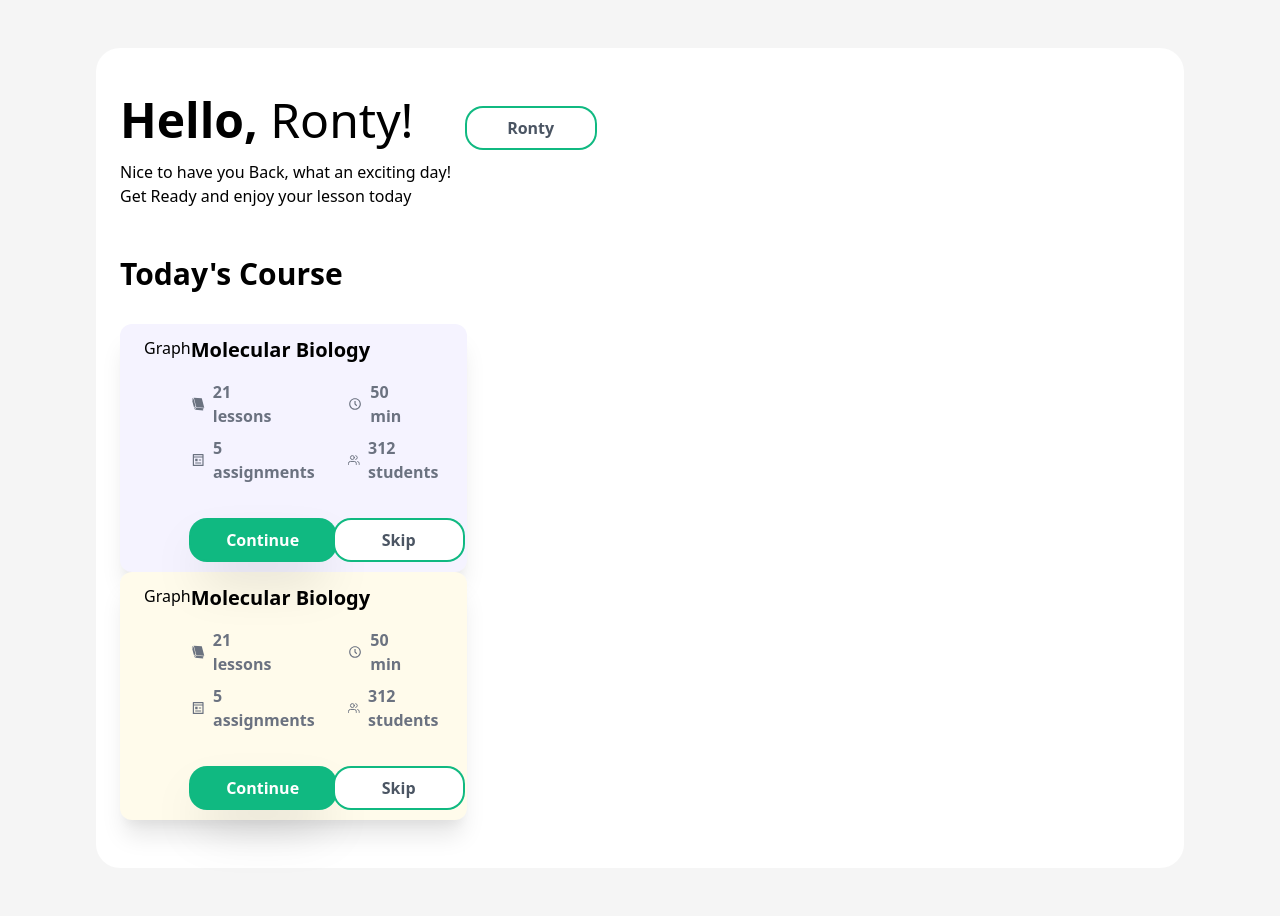
Repository: coolronts/Vite-Tailwind
Page: /
These files come from the project's save history. The page is drawn as it stood at one moment and after the next save; the edit follows.
The browser window is 1280 px wide. The pictures show the whole page.
The project was rebuilt for these pictures with package versions that can differ from the ones it lists, and the page was loaded fresh each time. Also part of the build but not shown: vite.config.js, src/components/Chart/index.jsx.

Above is the page before, as saved 2021-11-26 13:39:39.

### src/App.jsx
import './App.css'

import {Course, Intro} from './Section'
import { PrimaryButton, SecondaryButton } from './components/Button'

import Chart from './components/Chart'
import {PrimaryCard} from './components/Card'
import SplitScreen from './components/SplitScreen'

function App() {

  return (
    <div className="App bg-white my-12 mx-24 rounded-3xl px-6 py-12">
      <SplitScreen leftWeight = 'w-1/3'>
        <div id="left">
          <Intro/>
          <div id="course">
            <p className="text-3xl font-bold  font-sans mb-8">Today's Course</p>
            <PrimaryCard>
              <Course/>
            </PrimaryCard>
            <PrimaryCard color="yellow">
              <Course/>
            </PrimaryCard>
          </div>
        </div>

        <div id="right">
          <SecondaryButton name="Ronty"/>
        </div>


      </SplitScreen>
    </div>
  )
}

export default App

### src/Section/index.js
import Course from "./Course";
import Intro from "./Intro";

export { Intro, Course };

### src/components/Button/index.jsx
import React from 'react'

export const PrimaryButton = ({name}) =>{
  return (
    <button className="bg-green-500 w-36 py-2 ring-2 ring-green-500 text-white text-md font-semibold shadow-2xl rounded-2xl mt-3">
      {name}
    </button>
  )
}

export const SecondaryButton = ({name}) =>{
  return (
    <button className="bg-white w-32 py-2 ring-2 ring-green-500 text-gray-600 text-md font-semibold  rounded-2xl mt-3">
      {name}
    </button>
  )
}

### src/components/Card/index.jsx
import React from 'react'

export const PrimaryCard =({children, color="purple"}) => {
  return (
    <div className={`bg-${color}-50 py-3 px-6 rounded-xl shadow-xl`}>
      {children}
    </div>
  )
}

### src/components/SplitScreen/index.jsx
import PropTypes from 'prop-types'
import React from "react"
import tw from "tailwind-styled-components"

const Container = tw.div`${(props) => props.weight}`;

const Pane = tw.div`${(props) => props.weight}`;

const SplitScreen = ({
	children,
	containerWeight = 'flex w-full',
  leftWeight = 'w-1/2',
	rightWeight = 'w-1/2',
}) => {
	const [left, right] = children;
	return (
		<Container className={containerWeight}>
			<Pane className={leftWeight}>
				{left}
			</Pane>
			<Pane className={rightWeight}>
				{right}
			</Pane>
		</Container>
	);
}

export default SplitScreen

SplitScreen.propTypes = {
	children: PropTypes.arrayOf(PropTypes.node).isRequired,
	containerWeight: PropTypes.string,
	leftWeight: PropTypes.string,
	rightWeight: PropTypes.string,
}

### src/Section/Course/index.jsx
import {PrimaryButton, SecondaryButton} from '../../components/Button'

import {BiTimeFive} from 'react-icons/bi'
import {FiUsers} from 'react-icons/fi'
import { GiWhiteBook } from 'react-icons/gi'
import React from 'react'
import { RiPagesLine } from 'react-icons/ri'
import SplitScreen from '../../components/SplitScreen'

export default function Course({
  course = "Molecular Biology",
  lessons = "21",
  assignments = "5",
  time = "50",
  students = "312"
}) {
  return (
    <SplitScreen leftWeight = 'w-1/5' rightWeight = 'w-full'>
      <div id="left">
        Graph
      </div>
      <div id="right">
        <h4 className="font-bold text-xl mb-4">{course}</h4>
        <div className="flex flex-col w-5/6">
          <div className="flex  text-gray-500 font-semibold mb-2">
            <p className="flex items-center mr-16"> <GiWhiteBook className="mr-2"/>  {lessons} lessons</p>
            <p className="flex items-center"> <BiTimeFive className="mr-2"/>  {time} min</p>
          </div>
          <div className="flex  text-gray-500 font-semibold text-left">
            <p className="flex items-center mr-8"> <RiPagesLine className="mr-2"/>  {assignments} assignments</p>
            <p className="flex items-center"> <FiUsers className="mr-2"/>  {students} students</p>
          </div>
        </div>
        <div className="flex justify-around mt-6">
          <PrimaryButton name="Continue" />
          <SecondaryButton name="Skip" />
        </div>
      </div>
    </SplitScreen>
  )
}

### src/Section/Intro/index.jsx
import React from 'react'

export default function Intro({name}) {
  return (
    <div className="mb-12">
      <h3 className="text-5xl font-sans font-bold mb-4">Hello, <span className="font-light">Ronty!</span> </h3>
      <div className="font-semibold tracking-wide text-gray-500">

      </div>
      <h5>Nice to have you Back, what an exciting day!</h5>
      <h5>Get Ready and enjoy your lesson today</h5>
    </div>
  )
}

Loaded but not shown: index.html (common file); src/main.jsx (common file); src/index.css (common file); src/App.css (common file); tailwind.config.js (common file)

After the next save:
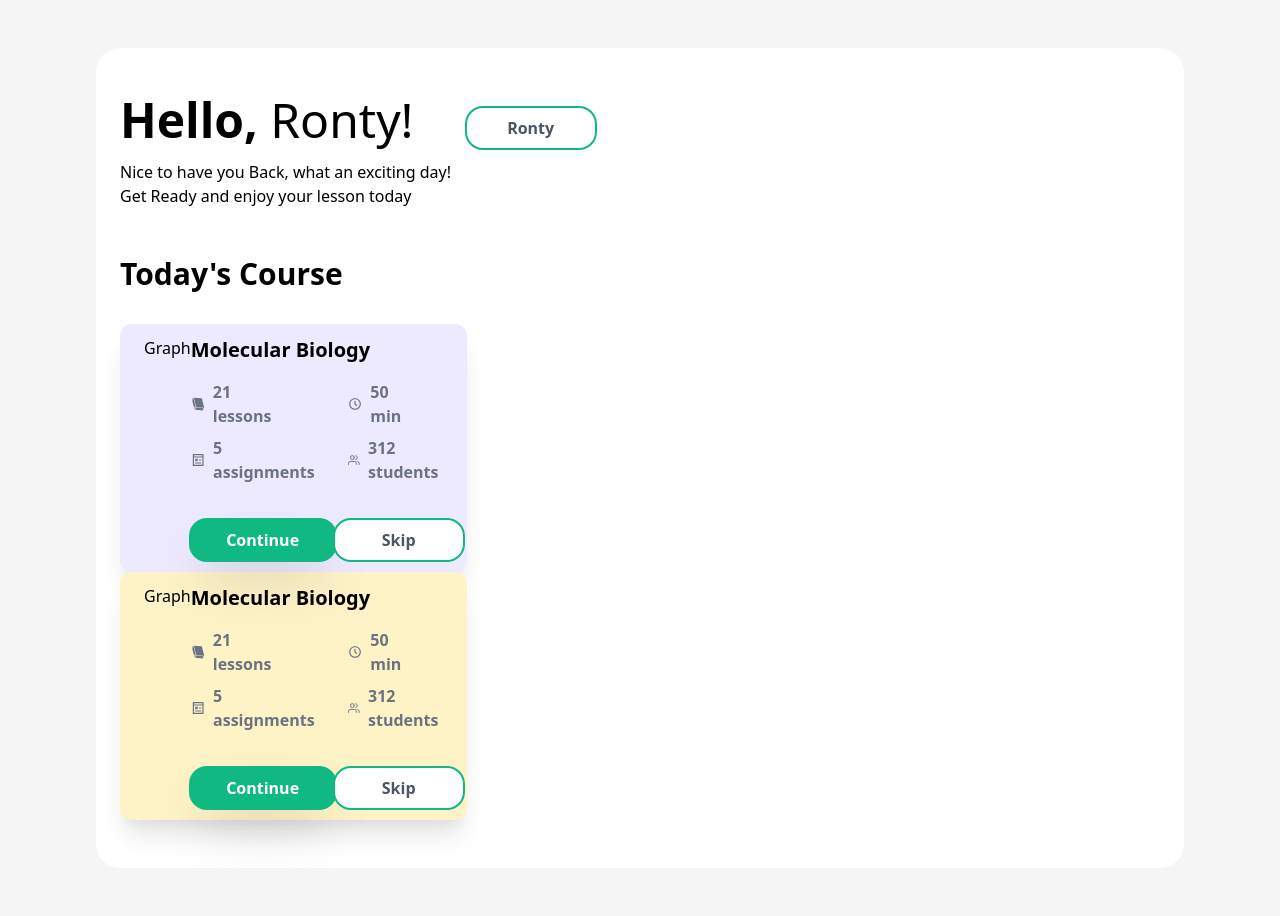
Saved 7 s later.
--- a/src/components/Card/index.jsx
+++ b/src/components/Card/index.jsx
@@ -2,7 +2,7 @@ import React from 'react'
 
 export const PrimaryCard =({children, color="purple"}) => {
   return (
-    <div className={`bg-${color}-50 py-3 px-6 rounded-xl shadow-xl`}>
+    <div className={`bg-${color}-100 py-3 px-6 rounded-xl shadow-xl`}>
       {children}
     </div>
   )
